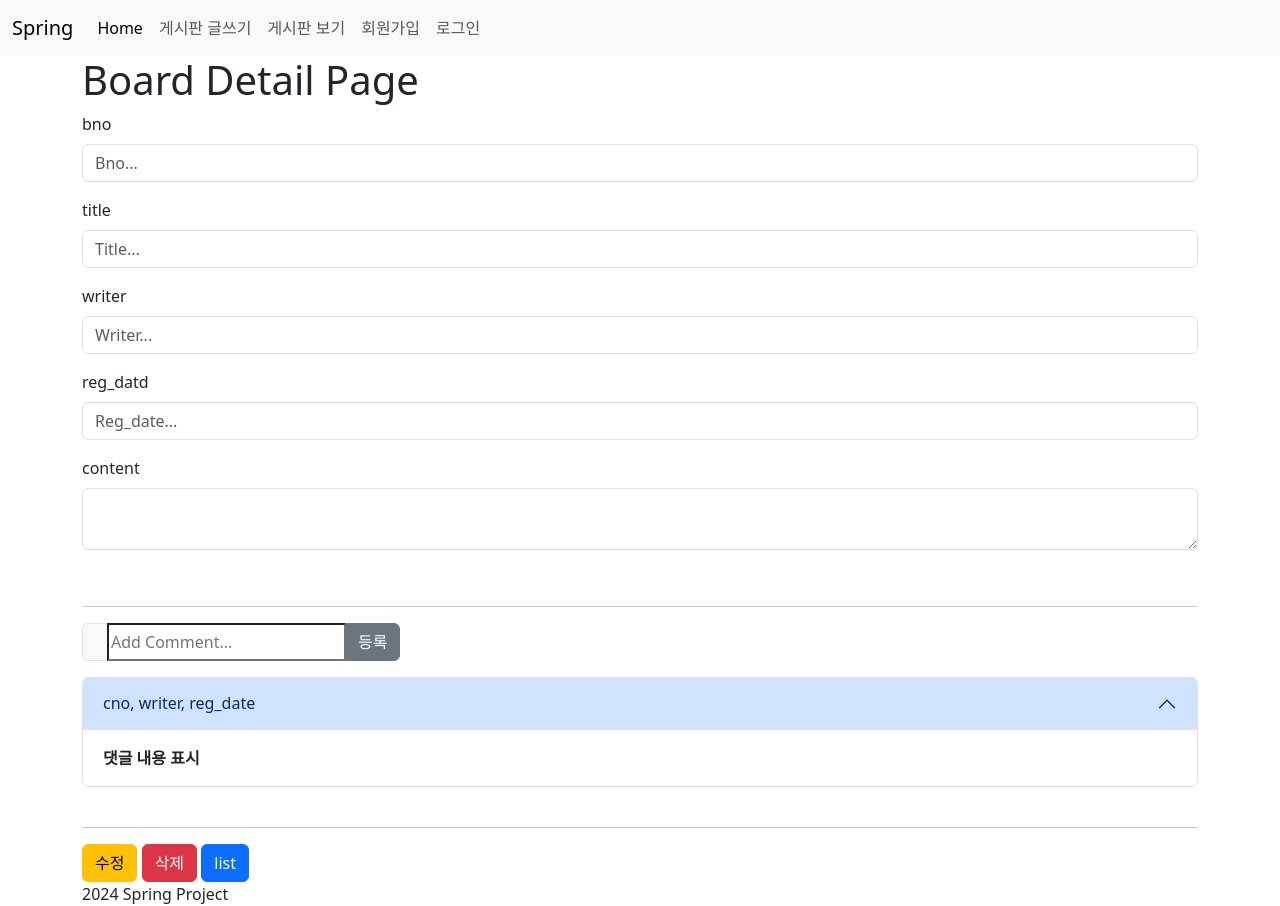
Repository: havanara/240423_SPRING_Project
Page: http://localhost/spring_study/WEB-INF/views/board/detail.jsp
These files come from the project's save history. The page is drawn as it stood at one moment and after the next save; the edit follows.
The browser window is 1280 px wide. The pictures show the whole page.
The page is served by Tomcat 9. Nobody is signed in. The template is opened directly, without the code that normally fills it, so the values that code supplies are empty.

Above is the page before, as saved 2024-04-26 02:48:55.

After the next save:
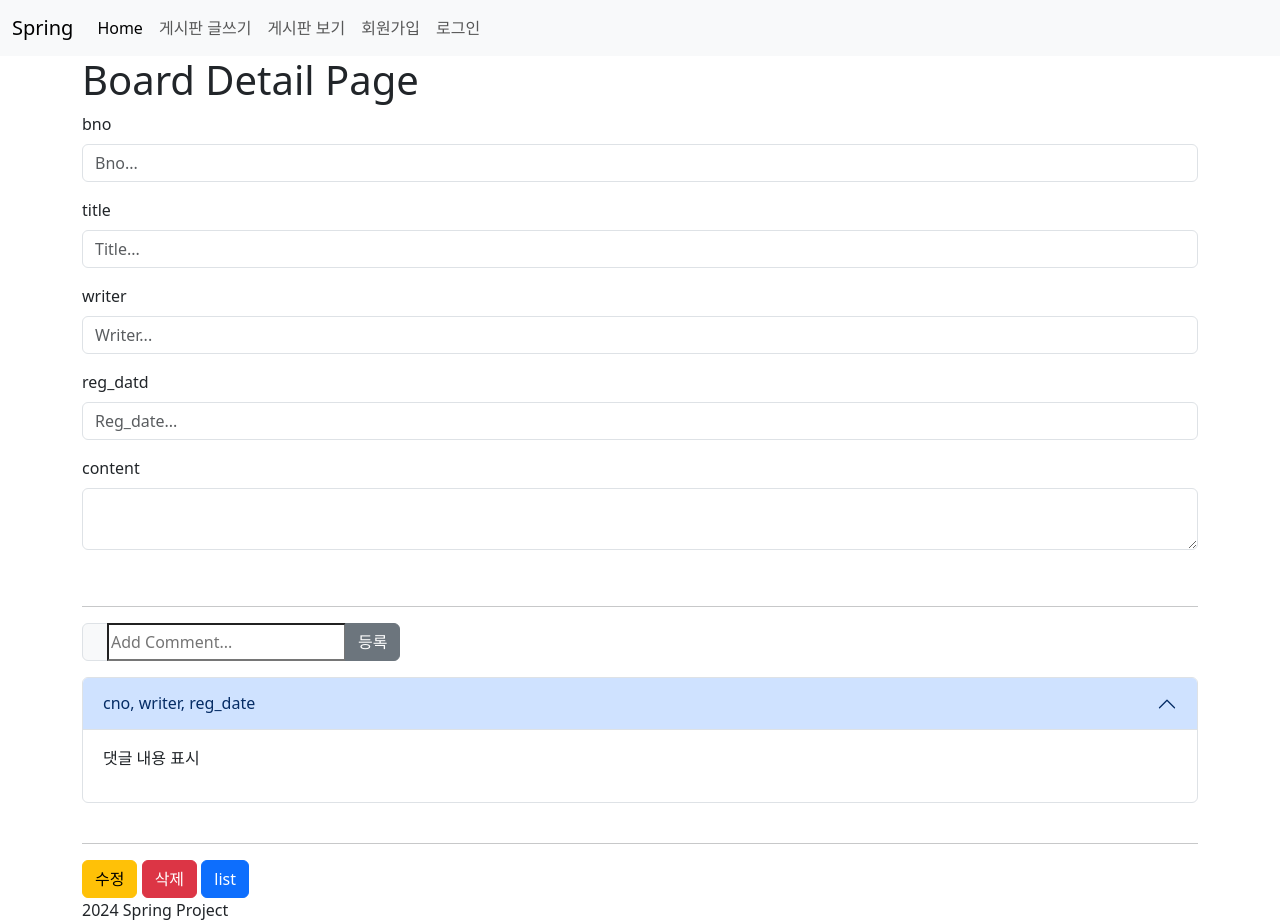
Saved 26 s later.
--- a/spring_study/src/main/webapp/WEB-INF/views/board/detail.jsp
+++ b/spring_study/src/main/webapp/WEB-INF/views/board/detail.jsp
@@ -45,7 +45,7 @@
 	    </h2>
 	    <div id="collapseOne" class="accordion-collapse collapse show" data-bs-parent="#accordionExample">
 	      <div class="accordion-body">
-	        <strong>댓글 내용 표시</strong>
+	        <p>댓글 내용 표시</p>
 	      </div>
 	    </div>
 	  </div>
